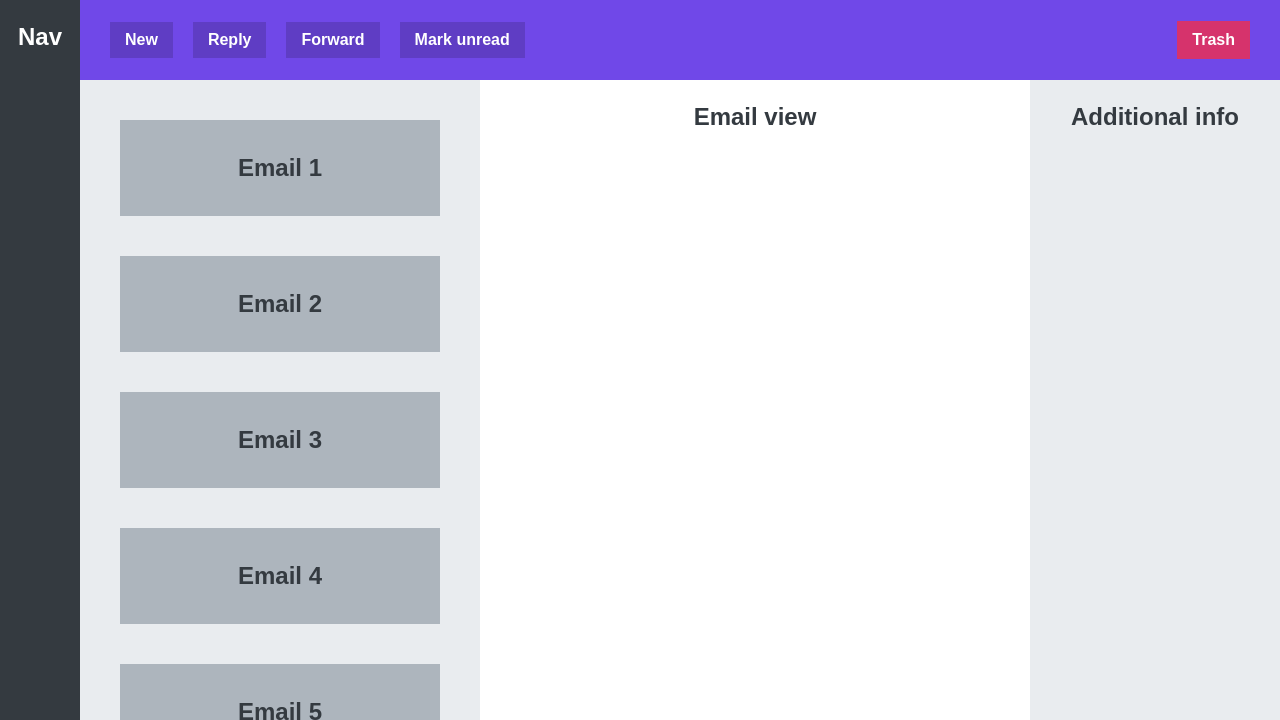
Repository: Ahmed123rezk123/06-Components
Page: app-layout.html
An editor plug-in stored every save of this project. The page is shown before and after the next save, followed by the edit.
The browser window is 1280 px wide. The pictures show the whole page.
After loading, the first visible `div` was clicked once.

Above is the page before, as saved 2024-09-18 11:01:49.

After the next save:
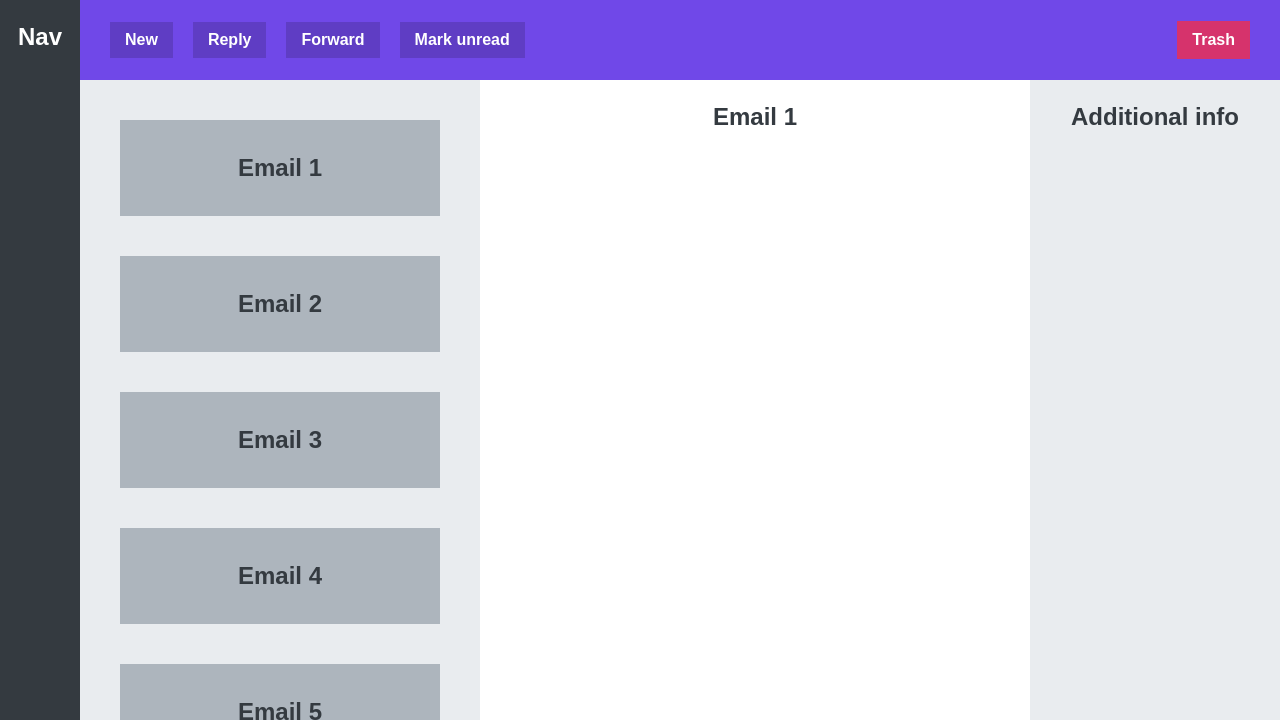
Saved 36 s later.
--- a/main.js
+++ b/main.js
@@ -1,4 +1,6 @@
 let btn = document.querySelector("section div");
 let main = document.querySelector("main");
 
-btn.addEventListener("click", function () {});
+btn.addEventListener("click", function () {
+  main.textContent = btn.innerHTML;
+});
